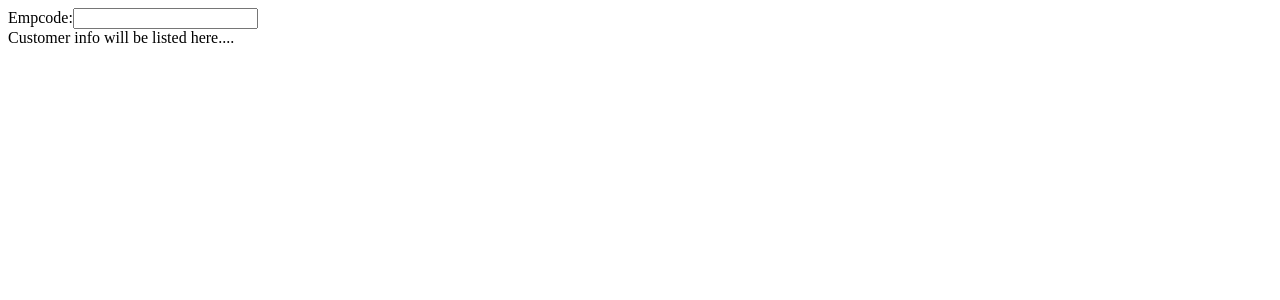
Repository: SravyaChunduri/workspace
Page: http://localhost/AJAXDemo/AddCust.jsp
The author's editor kept a copy of each file at every save. The page is drawn from the files as they stood at one save, then again after the next save.
The browser window is 1280 px wide. The pictures show the whole page.
The page is served by Tomcat 9.

Above is the page before, as saved 2015-08-17 10:42:23.
Console error: SyntaxError: Unexpected identifier 'code'

### AJAXDemo/WebContent/AddCust.jsp
<%@ page language="java" contentType="text/html; charset=ISO-8859-1"
    pageEncoding="ISO-8859-1"%>
<%@page import="java.sql.*" %>
<!DOCTYPE html PUBLIC "-//W3C//DTD HTML 4.01 Transitional//EN" "http://www.w3.org/TR/html4/loose.dtd">
<html>
<head>
<meta http-equiv="Content-Type" content="text/html; charset=ISO-8859-1">
<title>Insert title here</title>


<script type="text/javascript">
function addEmp()
{
var xmlhttp;
int code=document.getElementById("code").value;
alert("Code!!"+code);

if(window.XMLHttpRequest)//Non -IE
{
xmlhttp=new XMLHttpRequest();
}
else
{
xmlhttp=new ActiveXObject("Microsoft.XMLHTTP");//For IE
}
xmlhttp.onreadystatechange=function()
{
if(xmlhttp.readyState==4 && xmlhttp.status==200)
{
document.getElementById("txtHint").innerHTML=xmlhttp.responseText;
}
}
xmlhttp.open("GET","addCustomer.jsp?nm="+code,true);
xmlhttp.send();
}


</script>



</head>
<body>

<form action="">
Empcode:<input type="text" name="code" onblur="addEmp(this.value)">

<div id="txtHint">Customer info will be listed here....</div>

</form>


</body>
</html>

After the next save:
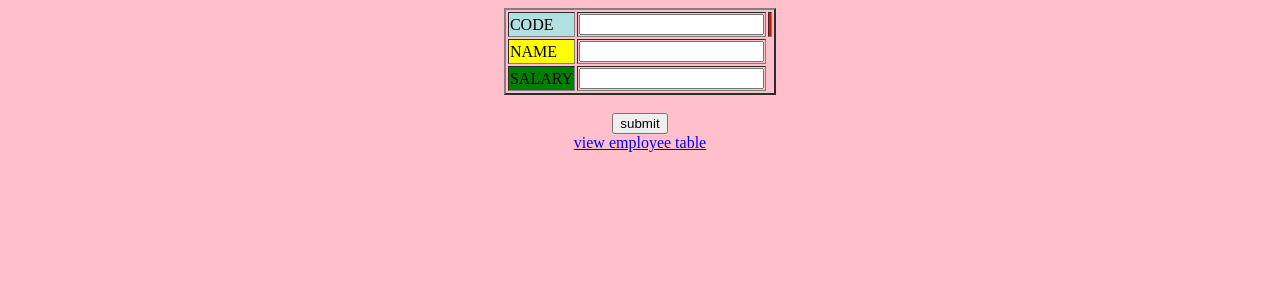
The error is gone.
Saved 50 s later.
--- a/AJAXDemo/WebContent/AddCust.jsp
+++ b/AJAXDemo/WebContent/AddCust.jsp
@@ -9,44 +9,52 @@
 
 
 <script type="text/javascript">
-function addEmp()
+function checkCode(code){
+var xmlhttp;
+if(code.length==0){
+	document.getElementById("cd").innerHTML="";
+	return;
+}
+if(window.XMLHttpRequest)//non i.explorer
 {
-var xmlhttp;
-int code=document.getElementById("code").value;
-alert("Code!!"+code);
+	xmlhttp=new XMLHttpRequest();
+}
+else{
+	xmlhttp=new ActiveXObject("Microsoft.XMLHTTP");//for i.e
+}
 
-if(window.XMLHttpRequest)//Non -IE
-{
-xmlhttp=new XMLHttpRequest();
+xmlhttp.onreadystatechange=function(){
+	if(xmlhttp.readyState==4 && xmlhttp.status==200){
+		document.getElementById("cd").innerHTML=xmlhttp.responseText;
+	}
 }
-else
-{
-xmlhttp=new ActiveXObject("Microsoft.XMLHTTP");//For IE
-}
-xmlhttp.onreadystatechange=function()
-{
-if(xmlhttp.readyState==4 && xmlhttp.status==200)
-{
-document.getElementById("txtHint").innerHTML=xmlhttp.responseText;
-}
-}
-xmlhttp.open("GET","addCustomer.jsp?nm="+code,true);
+xmlhttp.open("GET","GetCode.jsp?c="+code,true);
 xmlhttp.send();
 }
+</script>
+</head>
+<!-- this is a jsp file to display a page to add employee details -->
 
-
-</script>
-
-
-
-</head>
-<body>
-
-<form action="">
-Empcode:<input type="text" name="code" onblur="addEmp(this.value)">
-
-<div id="txtHint">Customer info will be listed here....</div>
-
+<body bgcolor="pink">
+<form  action="AddEmployee">
+<table align="center" cellpadding="1" border="2">
+<tr>
+<td bgcolor="biege">CODE</td>
+<td><input type="text" name="empcode" onblur="checkCode(this.value)"></td>
+<!-- td><input type="submit" value="verify" ></td-->
+<td bgcolor="red"><span id="cd"></span></td>
+</tr>
+<tr>
+<td bgcolor="yellow">NAME</td>
+<td><input type="text" name="empname"></td>
+</tr>
+<tr>
+<td bgcolor="green">SALARY</td>
+<td><input type="text" name="salary"></td>
+</tr>
+</table>
+<center><br><input type="submit" value="submit"><br></center>
+<center><a href="ViewEmployees">view employee table</a></center>
 </form>
 
 
